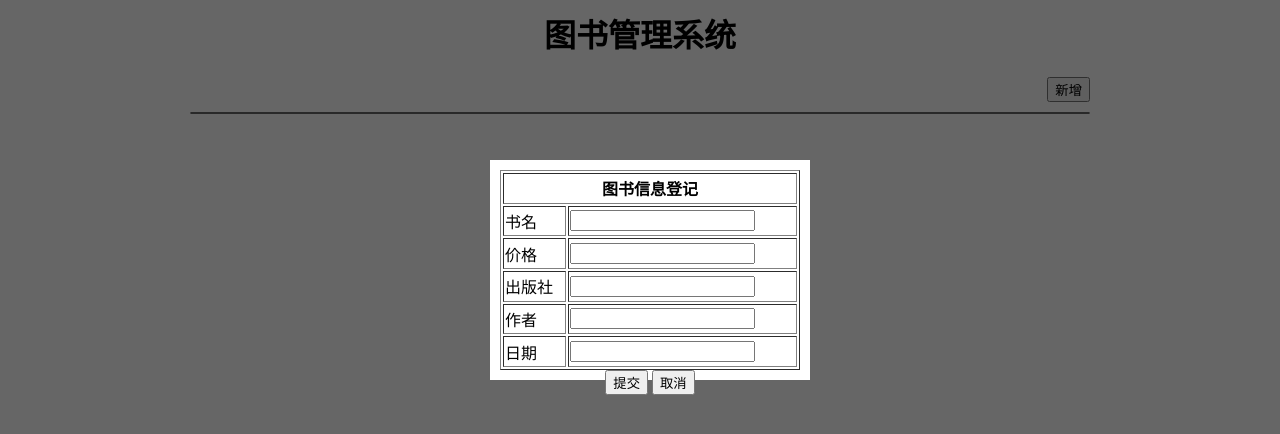
Repository: MITZ1979/home
Page: http://localhost/BookDemo/
An editor plug-in stored every save of this project. The page is shown before and after the next save, followed by the edit.
The browser window is 1280 px wide. The pictures show the whole page.
After loading, the first visible `button` was clicked once.
The page is served by Tomcat 9. Queries for data that is not in the repository find no rows.

Above is the page before, as saved 2017-08-09 06:56:10.

After the next save:
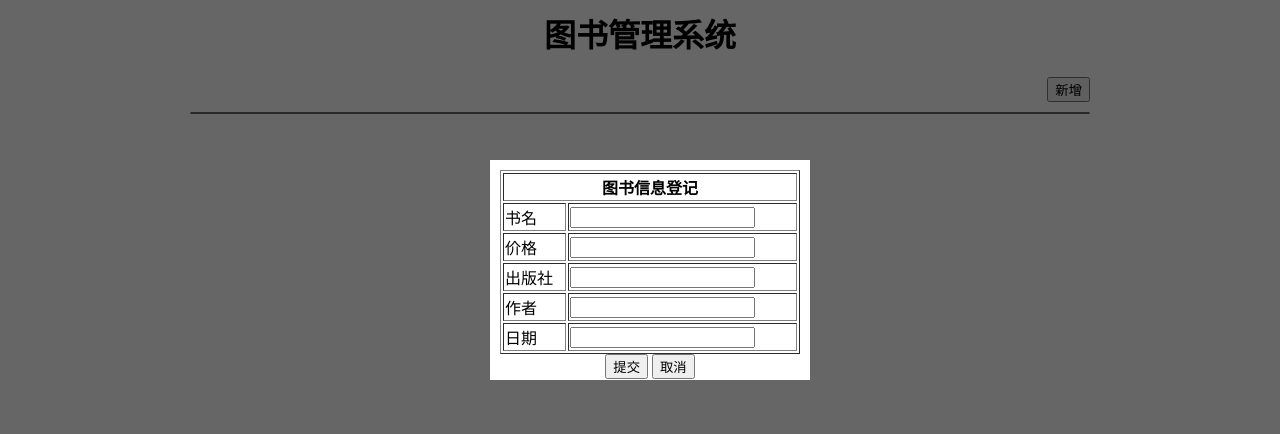
Saved 15 s later.
--- a/works/BookDemo/WebContent/index.jsp
+++ b/works/BookDemo/WebContent/index.jsp
@@ -41,7 +41,7 @@
 
 .addbook table {
 	width: 100%;
-	height: 100%;
+	height: 90%;
 }
 
 .booklist {
